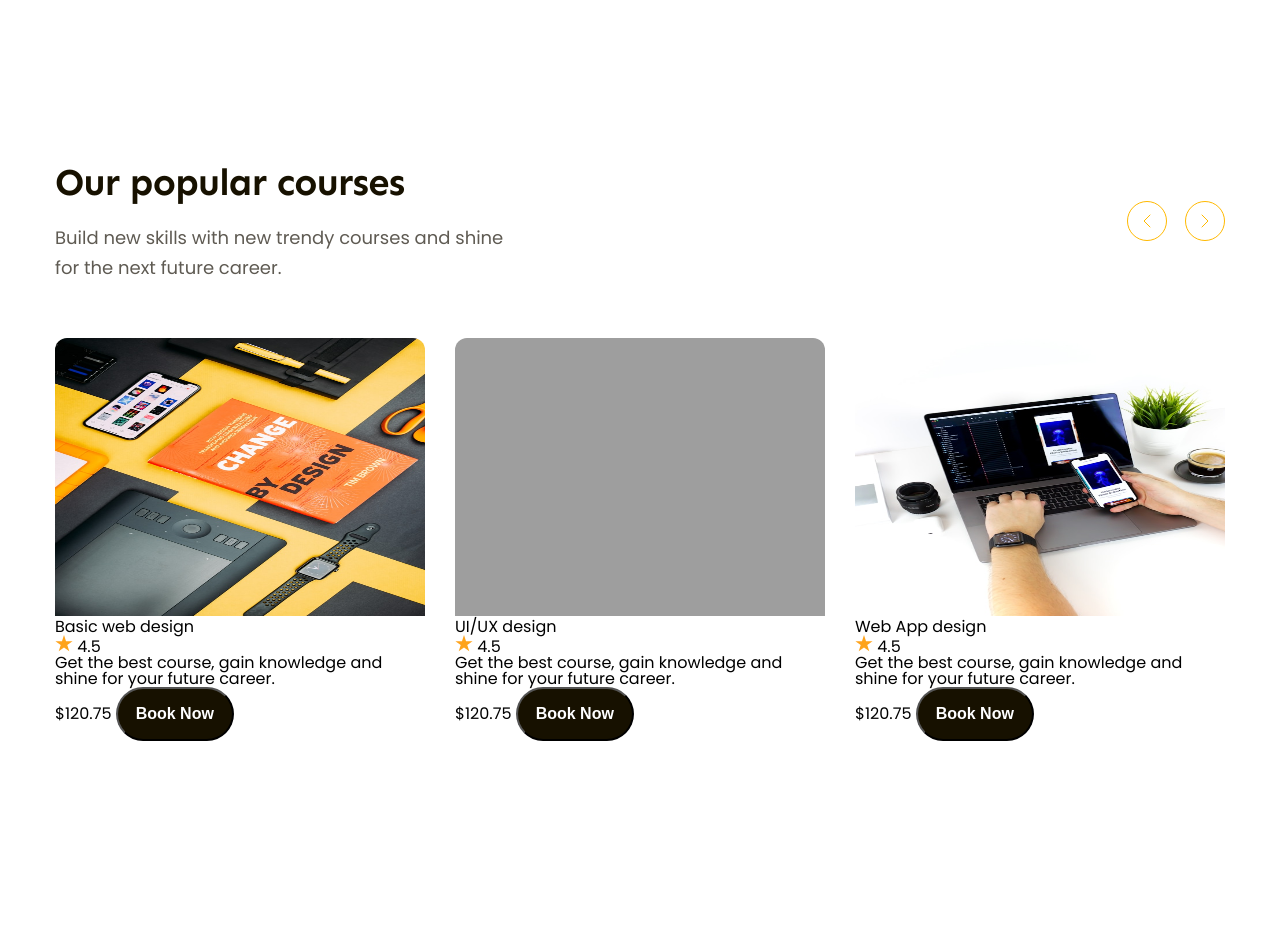
Repository: vancong171001/f8-html-css-02
Page: index.html
The author's editor kept a copy of each file at every save. The page is drawn from the files as they stood at one save, then again after the next save.
The browser window is 1280 px wide. The pictures show the part of the page from y = 941 to 1893 px (the page is 5000 px tall).
Pictures or frames that could not be fetched are drawn as grey boxes. A picture or video elsewhere on the page could not be fetched, so the positions and the page height are approximate.

Above is the page before, as saved 2025-03-11 14:17:22.

### index.html
<!DOCTYPE html>
<html lang="en">
  <head>
    <meta charset="UTF-8" />
    <meta name="viewport" content="width=device-width, initial-scale=1.0" />
    <title>F8 Project 02</title>
    <!-- Reset CSS -->
    <link rel="stylesheet" href="./assets/css/reset.css" />

    <!-- Embed fonts -->
    <link rel="preconnect" href="https://fonts.googleapis.com" />
    <link rel="preconnect" href="https://fonts.gstatic.com" crossorigin />
    <link
      href="https://fonts.googleapis.com/css2?family=Poppins:ital,wght@0,400;0,500;0,600;0,700;1,400&family=Sen:wght@700&display=swap"
      rel="stylesheet"
    />

    <!-- Style CSS -->
    <link rel="stylesheet" href="assets/css/style.css" />
  </head>
  <body>
    <main style="height: 5000px">
      <!-- Header -->
      <header class="header fixed">
        <div class="main-content">
          <div class="body">
            <!-- Logo -->
            <img src="./assets/img/logo.svg" alt="Lesson" class="logo" />

            <!-- Nav -->
            <nav class="nav">
              <ul>
                <li class="active">
                  <a href="#!">Home</a>
                </li>
                <li>
                  <a href="#!">Courses</a>
                </li>
                <li>
                  <a href="#!">Pricing</a>
                </li>
                <li>
                  <a href="#!">Reviews</a>
                </li>
              </ul>
            </nav>

            <!-- Action -->
            <div class="action">
              <a href="#!" class="btn sign-up-btn">Sign Up</a>
            </div>
          </div>
        </div>
      </header>

      <!-- Hero -->
      <div class="hero">
        <div class="main-content">
          <div class="body">
            <!-- Hero left -->
            <div class="media-block">
              <img
                src="https://images.unsplash.com/photo-1740734940319-7208196590b7?w=600&auto=format&fit=crop&q=60&ixlib=rb-4.0.3&ixid=M3wxMjA3fDB8MHxmZWF0dXJlZC1waG90b3MtZmVlZHwxNHx8fGVufDB8fHx8fA%3D%3D"
                alt="Learn without limits and spread knowledge."
                class="img"
              />

              <div class="hero-summary">
                <div class="item">
                  <div class="icon">
                    <img src="./assets/icon/list.svg" alt="" />
                  </div>
                  <div class="info">
                    <p class="lable">20 Courses</p>
                    <p class="title">UI/UX Design</p>
                  </div>
                </div>
                <div class="item">
                  <div class="icon">
                    <img src="./assets/icon/code.svg" alt="" />
                  </div>
                  <div class="info">
                    <p class="lable">20 Courses</p>
                    <p class="title">Development</p>
                  </div>
                </div>
                <div class="item">
                  <div class="icon">
                    <img src="./assets/icon/speaker.svg" alt="" />
                  </div>
                  <div class="info">
                    <p class="lable">30 Courses</p>
                    <p class="title">Marketing</p>
                  </div>
                </div>
              </div>
            </div>

            <!-- Hero right -->
            <div class="content-block">
              <h1 class="heading lv1">
                Learn without limits and spread knowledge.
              </h1>
              <p class="desc">
                Build new skills for that “this is my year” feeling with
                courses, certificates, and degrees from world-class universities
                and companies.
              </p>
              <div class="cta-group">
                <a href="#!" class="btn hero-cta">See Courses</a>
                <button class="watch-video">
                  <div class="icon">
                    <img src="./assets/icon/play.svg" alt="" />
                  </div>
                  <span>Watch Video</span>
                </button>
              </div>
              <p class="desc">Recent engagement</p>
              <p class="desc stats">
                <strong>50K</strong> Students <strong>70+</strong> Courses
              </p>
            </div>
          </div>
        </div>
      </div>

      <!-- Popular -->
      <div class="popular">
        <div class="main-content">
          <div class="popular-top">
            <div class="info">
              <h2 class="heading lv2">Our popular courses</h2>
              <p class="desc">
                Build new skills with new trendy courses and shine for the next
                future career.
              </p>
            </div>
            <div class="controls">
              <button class="control-btn">
                <svg
                  width="8"
                  height="14"
                  viewBox="0 0 8 14"
                  fill="none"
                  xmlns="http://www.w3.org/2000/svg"
                >
                  <path
                    d="M7 1L1 7L7 13"
                    stroke="currentColor"
                    stroke-linecap="round"
                    stroke-linejoin="round"
                  />
                </svg>
              </button>
              <button class="control-btn">
                <svg
                  width="8"
                  height="14"
                  viewBox="0 0 8 14"
                  fill="none"
                  xmlns="http://www.w3.org/2000/svg"
                >
                  <path
                    d="M1 1L7 7L1 13"
                    stroke="currentColor"
                    stroke-linecap="round"
                    stroke-linejoin="round"
                  />
                </svg>
              </button>
            </div>
          </div>

          <div class="course-list">
            <!-- Course Item 1 -->
            <div class="course-item">
              <img
                src="./assets/img/course-1.jpg"
                alt="Basic web design"
                class="thumb"
              />
              <div class="info">
                <div class="head">
                  <h3 class="title">Basic web design</h3>
                  <div class="rating">
                    <img src="./assets/icon/star.svg" alt="Star" class="star" />
                    <span class="value">4.5</span>
                  </div>
                </div>
                <p class="desc">
                  Get the best course, gain knowledge and shine for your future
                  career.
                </p>
                <div class="foot">
                  <span class="price">$120.75</span>
                  <button class="btn">Book Now</button>
                </div>
              </div>
            </div>
            <!-- Course Item 2 -->
            <div class="course-item">
              <img
                src="./assets/img/course-2.jpg"
                alt="UI/UX design"
                class="thumb"
              />
              <div class="info">
                <div class="head">
                  <h3 class="title">UI/UX design</h3>
                  <div class="rating">
                    <img src="./assets/icon/star.svg" alt="Star" class="star" />
                    <span class="value">4.5</span>
                  </div>
                </div>
                <p class="desc">
                  Get the best course, gain knowledge and shine for your future
                  career.
                </p>
                <div class="foot">
                  <span class="price">$120.75</span>
                  <button class="btn">Book Now</button>
                </div>
              </div>
            </div>
            <!-- Course Item 3 -->
            <div class="course-item">
              <img
                src="./assets/img/course-3.jpg"
                alt="Web App design"
                class="thumb"
              />
              <div class="info">
                <div class="head">
                  <h3 class="title">Web App design</h3>
                  <div class="rating">
                    <img src="./assets/icon/star.svg" alt="Star" class="star" />
                    <span class="value">4.5</span>
                  </div>
                </div>
                <p class="desc">
                  Get the best course, gain knowledge and shine for your future
                  career.
                </p>
                <div class="foot">
                  <span class="price">$120.75</span>
                  <button class="btn">Book Now</button>
                </div>
              </div>
            </div>
          </div>
        </div>
      </div>
    </main>
  </body>
</html>

### assets/css/style.css
* {
  box-sizing: border-box;
}

:root {
  --primary-color: #ffb900;
  --font-heading: Sen, san-serif;
}

html {
  font-size: 62.5%;
}

body {
  font-size: 1.6rem;
  font-family: "Poppins", sans-serif;
}

/* ========== Common ========= */
a {
  text-decoration: none;
}

.btn {
  display: inline-block;
  min-width: 118px;
  padding: 0 16px;
  line-height: 50px;
  color: #fff;
  text-align: center;
  font-size: 1.6rem;
  font-weight: 600;
  border-radius: 999px;
  background: #171100;
}

.btn:hover {
  opacity: 0.9;
}

.heading {
  color: #171100;
  font-family: var(--font-heading);
  font-weight: 700;
  letter-spacing: -0.02em;
}

.heading.lv1 {
  font-size: 5.8rem;
  line-height: 1.17; /* 117.241% */
}

.heading.lv2 {
  font-size: 3.8rem;
  line-height: 1.26; /* 126.316% */
}

.main-content {
  width: 1170px;
  max-width: calc(100% - 48px);
  margin-left: auto;
  margin-right: auto;
}

/* ========== Header ========= */
.header {
  background: #fffcf4;
}

.header.fixed {
  position: sticky;
  top: -28px;
  z-index: 1;
}

.header .body {
  display: flex;
  align-items: center;
  padding: 36px 0 8px;
}

.nav {
  margin-left: auto;
}

.nav ul {
  display: flex;
}

.nav a {
  position: relative;
  padding: 8px 21px;
  color: #5f5b53;
  font-size: 1.6rem;
}

.nav a:hover,
.nav li.active a {
  /* font-weight: 600; */
  text-shadow: 1px 0 0 currentColor;
  color: #171100;
}

.nav li.active a::after {
  content: "";
  position: absolute;
  left: 21px;
  bottom: 6px;
  display: block;
  width: 12px;
  height: 2px;
  border-radius: 1px;
  background: #171100;
}

.header .sign-up-btn {
  min-width: 144px;
}

.header .action {
  margin-left: 49px;
}

/* ========== Hero ========= */
.hero {
  padding: 56px 0 65px;
  background: #fffcf4;
}

.hero .body {
  display: flex;
}

/* Hero Left */
.hero .media-block {
  position: relative;
  width: 48%;
}

.hero .media-block .img {
  width: 470px;
  height: 685px;
  object-fit: cover;
  border-radius: 20px;
  display: block;
}

.hero-summary {
  position: absolute;
  right: 0;
  bottom: 48px;
  width: 270px;
  padding: 24px;
  border-radius: 12px;
  background: #fff;
  box-shadow: 0px 16px 32px 0px rgba(0, 0, 0, 0.05);
}

.hero-summary .item {
  display: flex;
  align-items: center;
}

.hero-summary .item + .item {
  margin-top: 22px;
}

.hero-summary .icon {
  width: 48px;
  height: 48px;
  border-radius: 50%;
  display: flex;
  justify-content: center;
  align-items: center;
  background: #fff9e8;
}

.hero-summary .item:nth-of-type(2) .icon {
  background: #fcefff;
}
.hero-summary .item:last-child .icon {
  background: #ebeaff;
}

.hero-summary .info {
  margin-left: 16px;
}

.hero-summary .lable {
  color: #5f5b53;
  font-size: 1.4rem;
  line-height: 1.86; /* 185.714% */
}

.hero-summary .title {
  color: #171100;
  font-size: 1.8rem;
  font-weight: 600;
  line-height: 1.67; /* 166.667% */
}

/* Hero Right */
.hero .content-block {
  width: 52%;
  padding: 64px 0 0 130px;
}

.hero .desc {
  margin-top: 22px;
  color: #5f5b53;
  font-size: 1.8rem;
  line-height: 1.67; /* 166.667% */
}

.hero .cta-group {
  display: flex;
  align-items: center;
  margin: 38px 0 48px;
}

.hero .hero-cta {
  min-width: 180px;
  line-height: 64px;
  background: var(--primary-color);
  border-radius: 32px;
}

.hero .watch-video {
  display: flex;
  align-items: center;
  border: none;
  background: transparent;
  margin-left: 28px;
  cursor: pointer;
}

.hero .watch-video .icon {
  width: 40px;
  height: 40px;
  border-radius: 50%;
  display: flex;
  justify-content: center;
  align-items: center;
  background: #ffffff;
  box-shadow: 0px 8px 16px rgba(0, 0, 0, 0.07);
}

.hero .watch-video span {
  color: #171100;
  font-size: 1.8rem;
  font-weight: 600;
  line-height: 1.67; /* 166.667% */
  margin-left: 14px;
}

.hero .stats {
  margin: 8px 0 0 -28px;
}

.hero .stats strong {
  color: #171100;
  font-family: var(--font-heading);
  font-size: 4.4rem;
  font-weight: 700;
  line-height: 1.22; /* 122.727% */
  padding: 0 8px 0 28px;
}

/* ========== Hero ========= */
.popular {
  padding: 65px 0;
  margin-top: 135px;
}

.popular-top {
  display: flex;
  justify-content: space-between;
  align-items: center;
}

.popular-top .desc {
  color: #5f5b53;
  font-size: 1.8rem;
  line-height: 1.67; /* 166.667% */
  margin-top: 16px;
  width: 458px;
}

.popular-top .controls {
  display: flex;
  gap: 18px;
}

.popular-top .control-btn {
  background: transparent;
  border: 1px solid var(--primary-color);
  width: 40px;
  height: 40px;
  border-radius: 50%;
  display: flex;
  justify-content: center;
  align-items: center;
  color: var(--primary-color);
}

.popular-top .control-btn:hover {
  background: var(--primary-color);
  color: #fff;
  cursor: pointer;
}

.popular .course-list {
  margin-top: 55px;
  display: flex;
  gap: 30px;
}

.popular .course-item {
  flex: 1;
}

.popular .course-item .thumb {
  width: 100%;
  border-radius: 12px 12px 0px 0px;
  height: 278px;
  object-fit: c;
}

Loaded but not shown: assets/css/reset.css (common file)

After the next save:
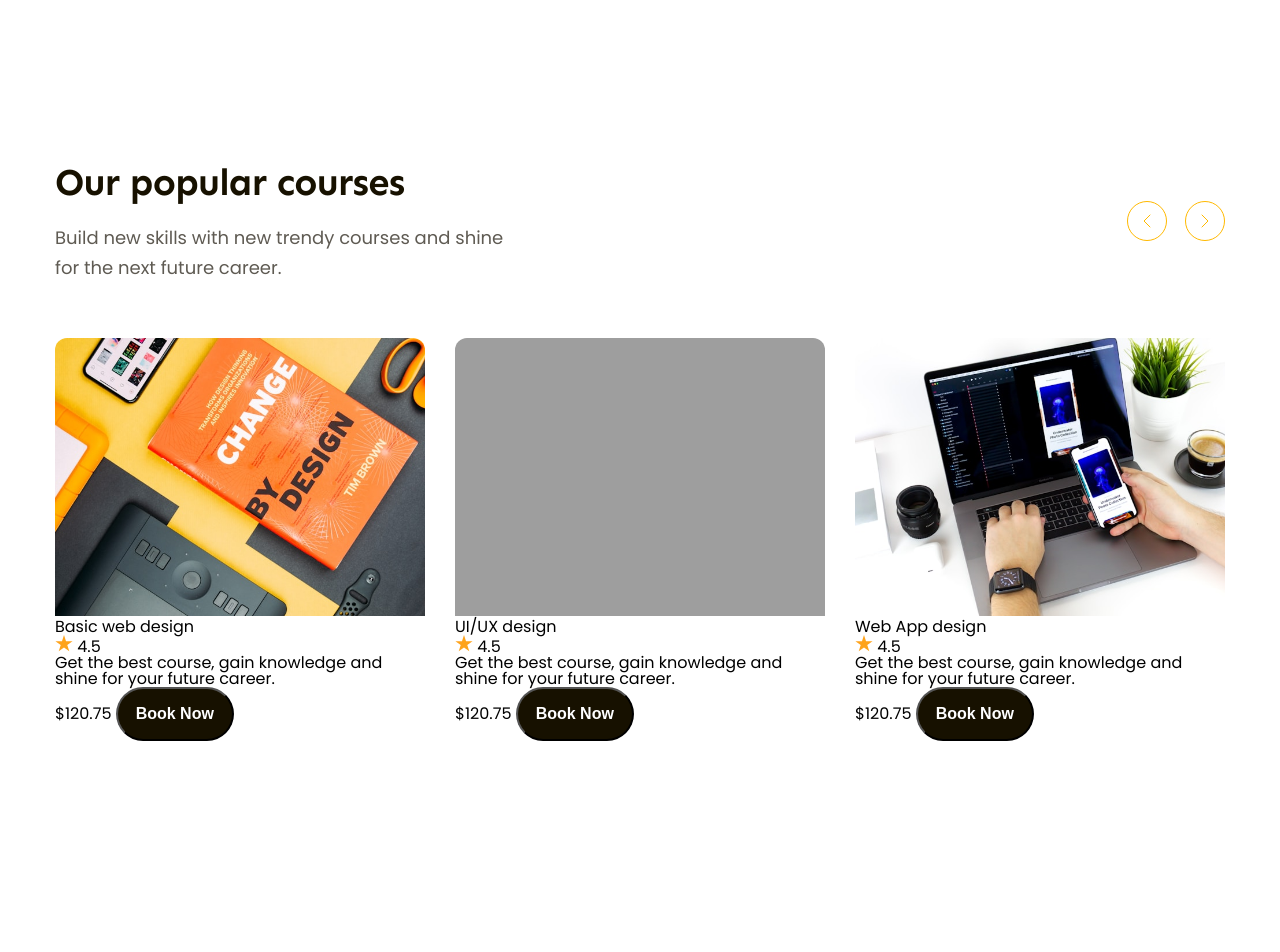
Saved 2 s later.
--- a/assets/css/style.css
+++ b/assets/css/style.css
@@ -323,5 +323,5 @@
   width: 100%;
   border-radius: 12px 12px 0px 0px;
   height: 278px;
-  object-fit: c;
-}
+  object-fit: cover;
+}
